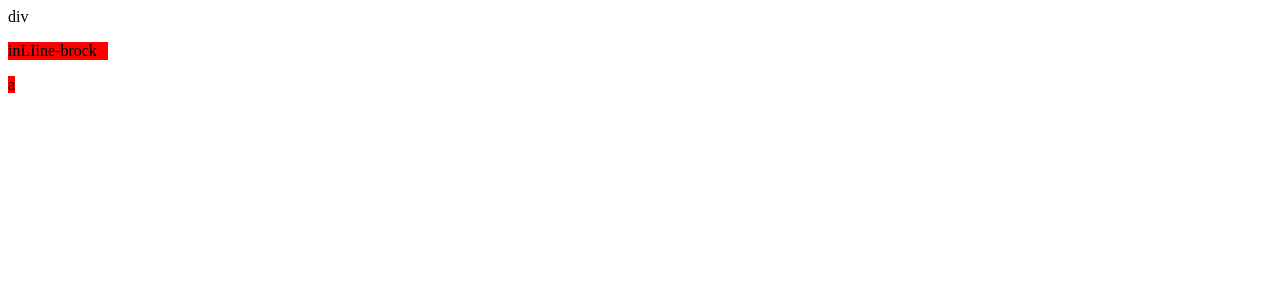
Repository: toshikiki/practice
Page: .html
The author's editor kept a record of every edit. The page is drawn from the files as they stood at one moment, then again after the next edit.
The browser window is 1280 px wide. The pictures show the whole page.

Above is the page before.

### .html
<!DOCTYPE html>
<html lang="ja">
<head>
    <meta charset="UFT-8">
    <title><JavaScriptの書き方</title>
        <link rel="stylesheet" href =".css">
</head>
<body>
    <div class="1">div</div>
    <p>inLIine-brock</p>
    <a>a</a>
</body>
</html>

### .css
div.aaa{
    background-color: green;
}

p{
    background-color: red;
    width: 100px;
}

a{
    background-color: red;
    width: 100;
}

After the next edit:
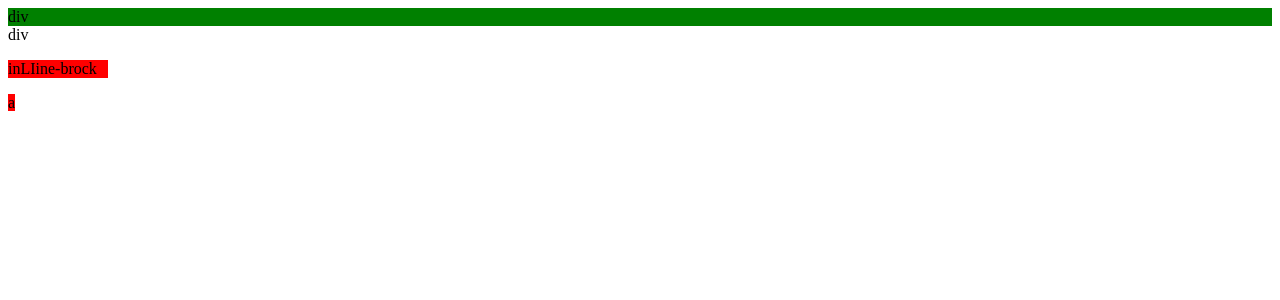
The edit:
--- a/.html
+++ b/.html
@@ -6,7 +6,8 @@
         <link rel="stylesheet" href =".css">
 </head>
 <body>
-    <div class="1">div</div>
+    <div class="aaa">div</div>
+    <div>div</div>
     <p>inLIine-brock</p>
     <a>a</a>
 </body>
